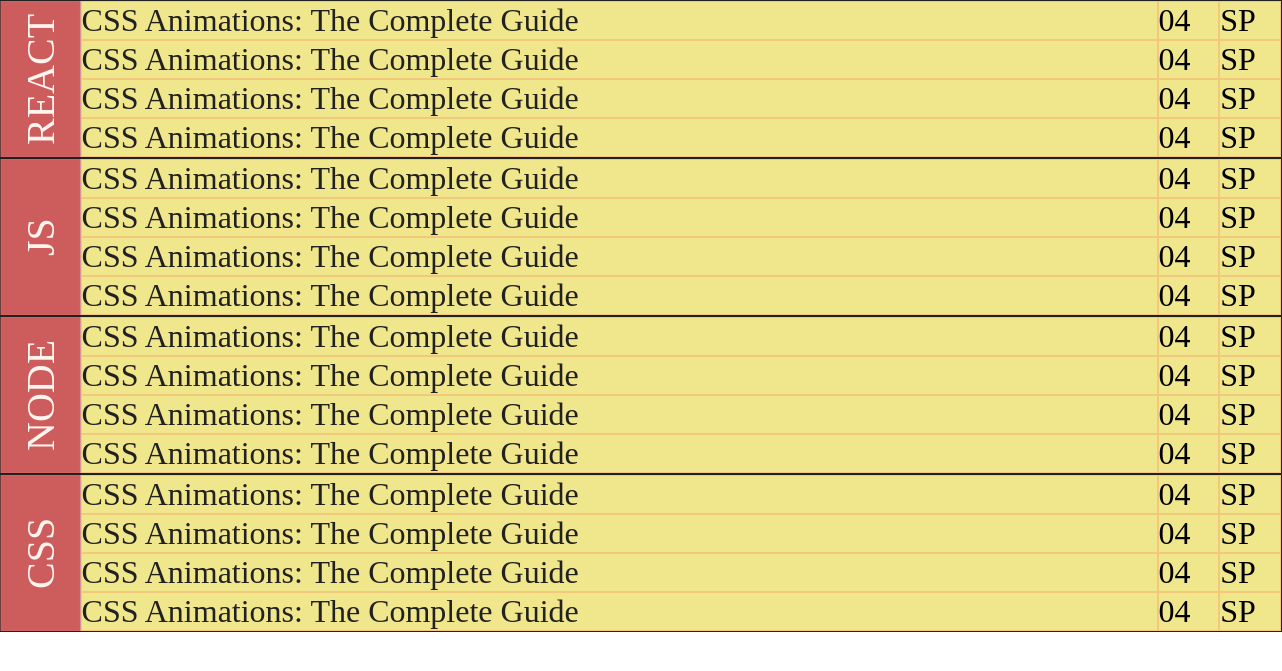
Repository: ClementLight/plan
Page: codicrs.html
These files come from the project's save history. The page is drawn as it stood at one moment and after the next save; the edit follows.
The browser window is 1280 px wide. The page is 1282 px wide, so the pictures cover 1282 px, including what lies to the right of the window. The pictures show the whole page.
The pointer rests on the first visible `.lessonname`.

Above is the page before, as saved 2020-08-21 14:17:02.

### codicrs.html
<!DOCTYPE html>
<html lang="en">
  <head>
    <meta charset="UTF-8" />
    <meta name="viewport" content="width=device-width, initial-scale=1.0" />
    <title>Document</title>
    <style>
      body {
        padding: 0;
        margin: 0;
        box-sizing: border-box;
      }
      .maincontainers {
        display: flex;
        width: 100%;
        background: gainsboro;
        border: 1px solid #212121;
      }

      .lessontype {
        flex-basis: 5%;
        font-size: 2.5rem;
        border: rgba(255, 255, 255, 0.05) 1px solid;
        background-color: indianred;
        /* background: none; */
        color: seashell;
        transform: rotate(-180deg);
        /* transform-origin: 0 0; */
        display: flex;
        /* position: relative; */
        /* height: 100%; */
        writing-mode: vertical-rl;
        padding: 1vh;
        align-items: center;
        justify-content: center;
      }

      .lessons {
        flex-basis: 95%;
        display: flex;
        flex-direction: column;
        font-size: 2rem;
        background-color: khaki;
        position: relative;
      }
      .lesson {
        display: flex;
      }
      .lessonname {
        flex-basis: 90%;
        border: #ff000020 0.5px solid;
      }
      .account {
        flex-basis: 5%;
        border: #ff000020 0.5px solid;
      }
      .hours {
        flex-basis: 5%;
        border: #ff000020 0.5px solid;
      }
      a:link {
        color: #212121;
        text-decoration: none;
      }

      a:visited {
        color: #212121;
        text-decoration: none;
      }

      a:hover {
        text-decoration: none;
      }

      a:active {
        text-decoration: none;
      }
    </style>
  </head>
  <body>
    <section class="maincontainers">
      <div class="lessontype">REACT</div>
      <div class="lessons">
        <div class="lesson">
          <a class="lessonname" href="https://www.udemy.com/course/css-animations-the-complete-guide/learn/lecture/21443216#overview">CSS Animations: The Complete Guide</a>
          <span class="hours">04</span>
          <span class="account">SP</span>
        </div>
        <div class="lesson">
          <a class="lessonname" href="https://www.udemy.com/course/css-animations-the-complete-guide/learn/lecture/21443216#overview">CSS Animations: The Complete Guide</a>
          <span class="hours">04</span>
          <span class="account">SP</span>
        </div>
        <div class="lesson">
          <a class="lessonname" href="https://www.udemy.com/course/css-animations-the-complete-guide/learn/lecture/21443216#overview">CSS Animations: The Complete Guide</a>
          <span class="hours">04</span>
          <span class="account">SP</span>
        </div>
        <div class="lesson">
          <a class="lessonname" href="https://www.udemy.com/course/css-animations-the-complete-guide/learn/lecture/21443216#overview">CSS Animations: The Complete Guide</a>
          <span class="hours">04</span>
          <span class="account">SP</span>
        </div>
      </div>
    </section>
    <section class="maincontainers">
      <div class="lessontype">JS</div>
      <div class="lessons">
        <div class="lesson">
          <a class="lessonname" href="https://www.udemy.com/course/css-animations-the-complete-guide/learn/lecture/21443216#overview">CSS Animations: The Complete Guide</a>
          <span class="hours">04</span>
          <span class="account">SP</span>
        </div>
        <div class="lesson">
          <a class="lessonname" href="https://www.udemy.com/course/css-animations-the-complete-guide/learn/lecture/21443216#overview">CSS Animations: The Complete Guide</a>
          <span class="hours">04</span>
          <span class="account">SP</span>
        </div>
        <div class="lesson">
          <a class="lessonname" href="https://www.udemy.com/course/css-animations-the-complete-guide/learn/lecture/21443216#overview">CSS Animations: The Complete Guide</a>
          <span class="hours">04</span>
          <span class="account">SP</span>
        </div>
        <div class="lesson">
          <a class="lessonname" href="https://www.udemy.com/course/css-animations-the-complete-guide/learn/lecture/21443216#overview">CSS Animations: The Complete Guide</a>
          <span class="hours">04</span>
          <span class="account">SP</span>
        </div>
      </div>
    </section>
    <section class="maincontainers">
      <div class="lessontype">NODE</div>
      <div class="lessons">
        <div class="lesson">
          <a class="lessonname" href="https://www.udemy.com/course/css-animations-the-complete-guide/learn/lecture/21443216#overview">CSS Animations: The Complete Guide</a>
          <span class="hours">04</span>
          <span class="account">SP</span>
        </div>
        <div class="lesson">
          <a class="lessonname" href="https://www.udemy.com/course/css-animations-the-complete-guide/learn/lecture/21443216#overview">CSS Animations: The Complete Guide</a>
          <span class="hours">04</span>
          <span class="account">SP</span>
        </div>
        <div class="lesson">
          <a class="lessonname" href="https://www.udemy.com/course/css-animations-the-complete-guide/learn/lecture/21443216#overview">CSS Animations: The Complete Guide</a>
          <span class="hours">04</span>
          <span class="account">SP</span>
        </div>
        <div class="lesson">
          <a class="lessonname" href="https://www.udemy.com/course/css-animations-the-complete-guide/learn/lecture/21443216#overview">CSS Animations: The Complete Guide</a>
          <span class="hours">04</span>
          <span class="account">SP</span>
        </div>
      </div>
    </section>
    <section class="maincontainers">
      <div class="lessontype">CSS</div>
      <div class="lessons">
        <div class="lesson">
          <a class="lessonname" href="https://www.udemy.com/course/css-animations-the-complete-guide/learn/lecture/21443216#overview">CSS Animations: The Complete Guide</a>
          <span class="hours">04</span>
          <span class="account">SP</span>
        </div>
        <div class="lesson">
          <a class="lessonname" href="https://www.udemy.com/course/css-animations-the-complete-guide/learn/lecture/21443216#overview">CSS Animations: The Complete Guide</a>
          <span class="hours">04</span>
          <span class="account">SP</span>
        </div>
        <div class="lesson">
          <a class="lessonname" href="https://www.udemy.com/course/css-animations-the-complete-guide/learn/lecture/21443216#overview">CSS Animations: The Complete Guide</a>
          <span class="hours">04</span>
          <span class="account">SP</span>
        </div>
        <div class="lesson">
          <a class="lessonname" href="https://www.udemy.com/course/css-animations-the-complete-guide/learn/lecture/21443216#overview">CSS Animations: The Complete Guide</a>
          <span class="hours">04</span>
          <span class="account">SP</span>
        </div>
      </div>
    </section>
  </body>
</html>

After the next save:
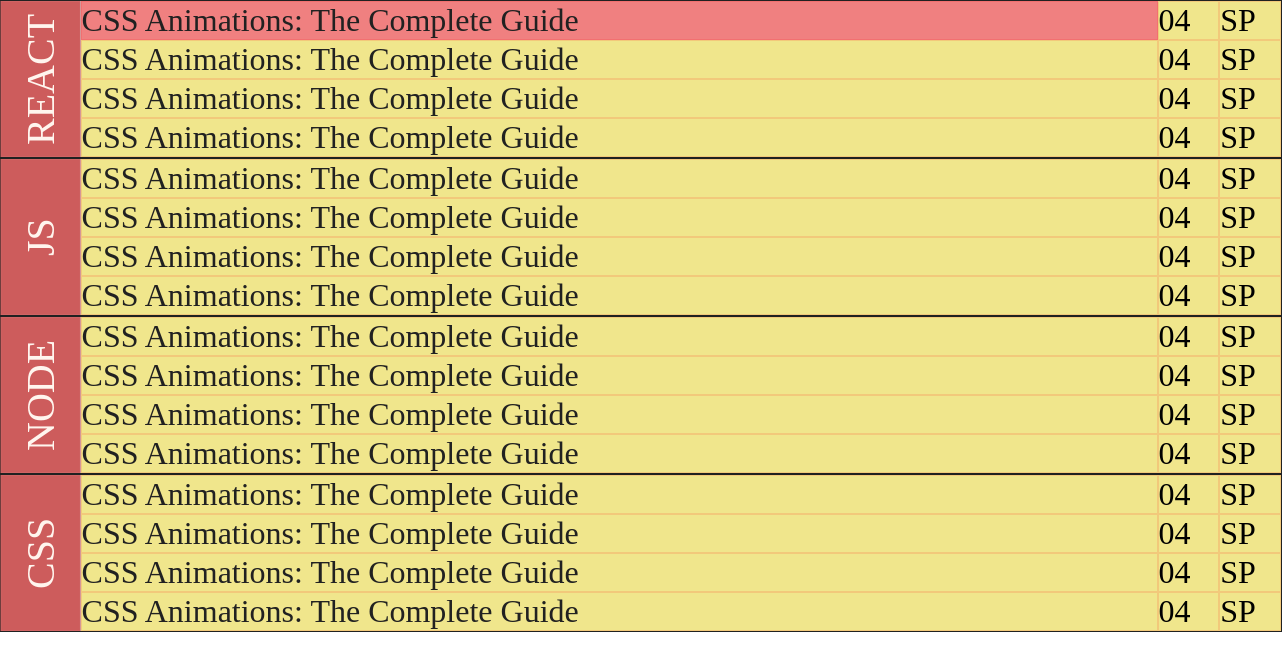
Saved 58 s later.
--- a/codicrs.html
+++ b/codicrs.html
@@ -49,6 +49,9 @@
       .lessonname {
         flex-basis: 90%;
         border: #ff000020 0.5px solid;
+      }
+      .lessonname:hover {
+        background-color: lightcoral;
       }
       .account {
         flex-basis: 5%;
